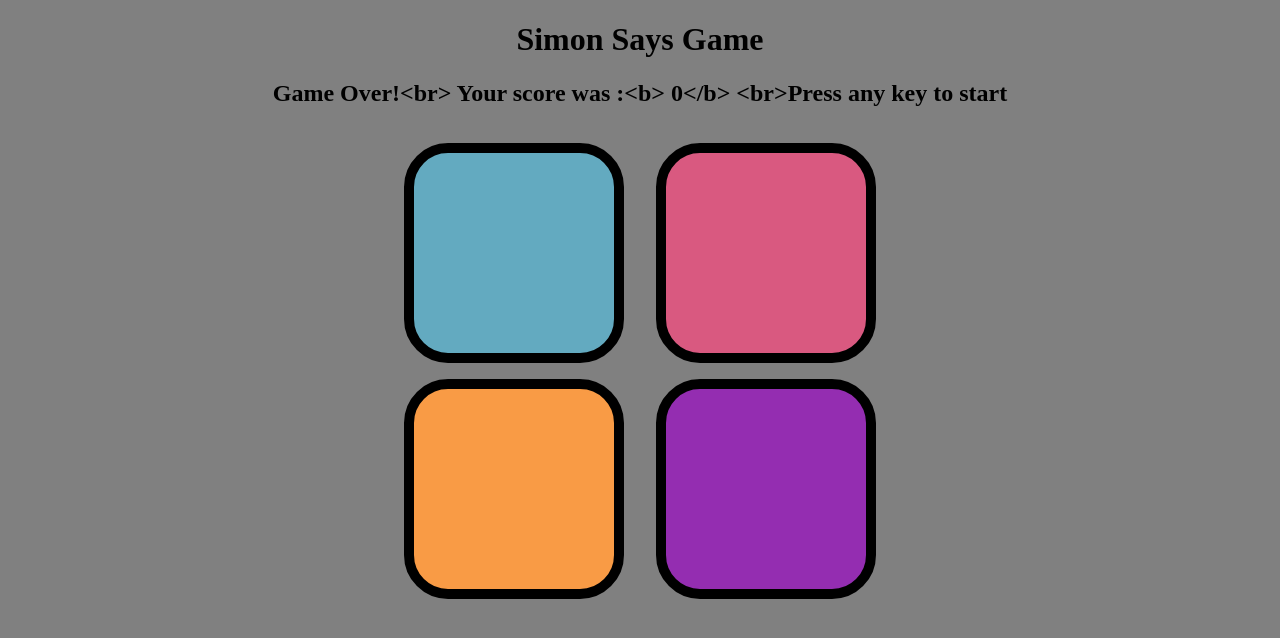
Repository: Ruchii02/javascript-mini-project
Page: index.html
These files come from the project's save history. The page is drawn as it stood at one moment and after the next save; the edit follows.
The browser window is 1280 px wide. The pictures show the whole page.
After loading, the first visible `#green` was clicked once.

Above is the page before, as saved 2024-07-02 11:30:29.

### index.html
<!DOCTYPE html>
<html lang="en">
<head>
    <meta charset="UTF-8">
    <meta name="viewport" content="width=device-width, initial-scale=1.0">
    <title>Document</title>
    <link rel="stylesheet" href="style.css">
</head>
<body>
   <h1>Simon Says Game</h1>
   <h2>Press any key to start game</h2>
   <div class="btn-container">
    <div class="fline">
        <div class="btn green" type="button" id="green"></div>
        <div class="btn yellow" type="button" id="yellow"></div>
    </div>
    <div class="sline">
        <div class="btn red" type="button" id="red"></div>
        <div class="btn blue" type="button" id="blue"></div>
    </div>
   </div>
   <script src="app.js"></script>
</body>
</html>

### style.css
body{
    text-align: center;
    background-color:gray;
}
.btn{
    height: 200px;
    width: 200px;
    border-radius: 20%;
    border: 10px solid black;
    margin: 1rem;

}
.btn-container{
    display: flex;
    justify-content: center;

}
.yellow{
    background-color:#f99b45;
}
.red{
    background-color:#d95980;
}
.green{
    background-color:#63aac0;
}
.blue{
    background-color:#942db1;
}
.flash{
    background-color: white;
}
.userFlash{
    background-color: rgb(107, 209, 107);
}

### app.js
let gameSeq=[];
let userSeq=[];
 let start = false;
 let level=0;
let btns =["yellow","green","red" , "blue"];
let h2= document.querySelector("h2");

 document.addEventListener("keypress" , function(){
   if(start==false){
    console.log("game started");
    start = true;

     levelup();
   }
 });

 function btnFlash(btn){
    btn.classList.add("flash");
    //let f = document.querySelector(".flash");
    //f.background-color(white);
    setTimeout(function() {
      btn.classList.remove("flash");

    } , 250);
 }
 function userFlash(btn){
  btn.classList.add("userFlash");
  setTimeout(function() {
    btn.classList.remove("userFlash");

  } , 250);
}

 function levelup(){
  userSeq = [];
    level++;
    h2.innerText=`Level ${level}`;
     let ranInd = Math.floor(Math.random()*3);
     let ranCol= btns[ranInd];
     let ranBtn = document.querySelector(`.${ranCol}`);
     gameSeq.push(ranCol);
     btnFlash(ranBtn);
    }

    function checkAns( idx ){
      if(userSeq[idx] === gameSeq[idx]){
       if(userSeq.length == gameSeq.length){
       setTimeout(levelup,1000);
       }
      }else{
        h2.innerText   = `Game Over!<br> Your score was :<b> ${level}</b> <br>Press any key to start`;
        document.querySelector("body").style.backgroundColor = "red";
        setTimeout(function(){
          document.querySelector("body").style.backgroundColor = "gray";
        } , 150)
        reset()
      }


    }

    function btnPress (){
      let btn = this;
      userFlash(btn);
      //console.log("btn was pressed");

      userColor = btn.getAttribute("id");
      userSeq.push(userColor);

      checkAns(userSeq.length-1);

    }

    let allBtns = document.querySelectorAll(".btn");
    for(btn of allBtns){
      btn.addEventListener("click" , btnPress);
    }

    function reset(){
      start = false ;
      gameSeq = [];
      userSeq = [];
      level = 0;
    }

After the next save:
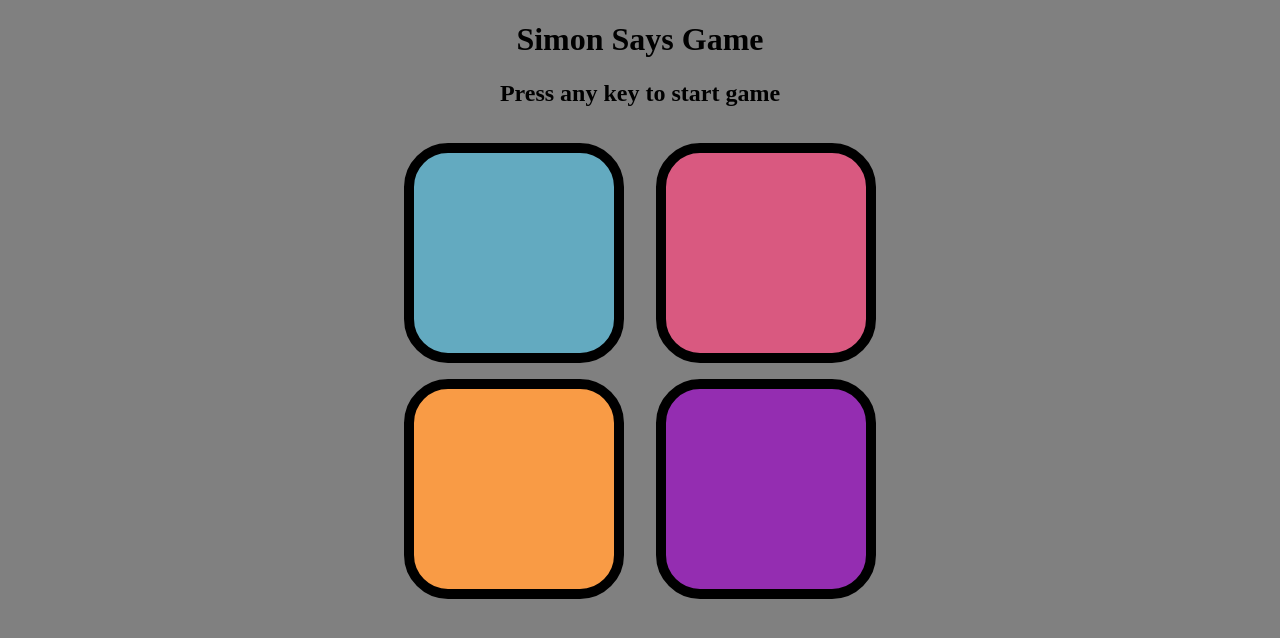
Saved 49 s later.
--- a/app.js
+++ b/app.js
@@ -48,7 +48,7 @@
        setTimeout(levelup,1000);
        }
       }else{
-        h2.innerText   = `Game Over!<br> Your score was :<b> ${level}</b> <br>Press any key to start`;
+        h2.innerText.Html   = `Game Over!<br> Your score was :<b> ${level}</b> <br>Press any key to start`;
         document.querySelector("body").style.backgroundColor = "red";
         setTimeout(function(){
           document.querySelector("body").style.backgroundColor = "gray";

After the 2 saves that followed:
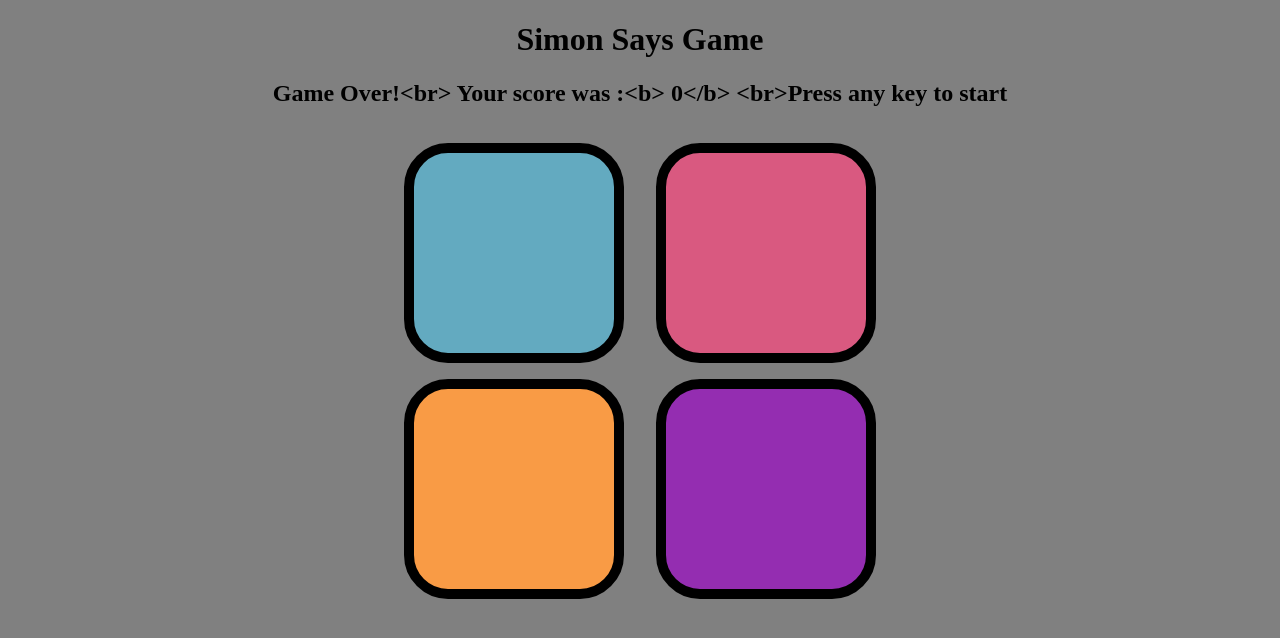
The 2 saves are shown as one change because 1 left the picture as it was.
The last was saved 105 s later.
--- a/app.js
+++ b/app.js
@@ -48,7 +48,7 @@
        setTimeout(levelup,1000);
        }
       }else{
-        h2.innerText.Html   = `Game Over!<br> Your score was :<b> ${level}</b> <br>Press any key to start`;
+        h2.innerText   = `Game Over!<br> Your score was :<b> ${level}</b> <br>Press any key to start`;
         document.querySelector("body").style.backgroundColor = "red";
         setTimeout(function(){
           document.querySelector("body").style.backgroundColor = "gray";
